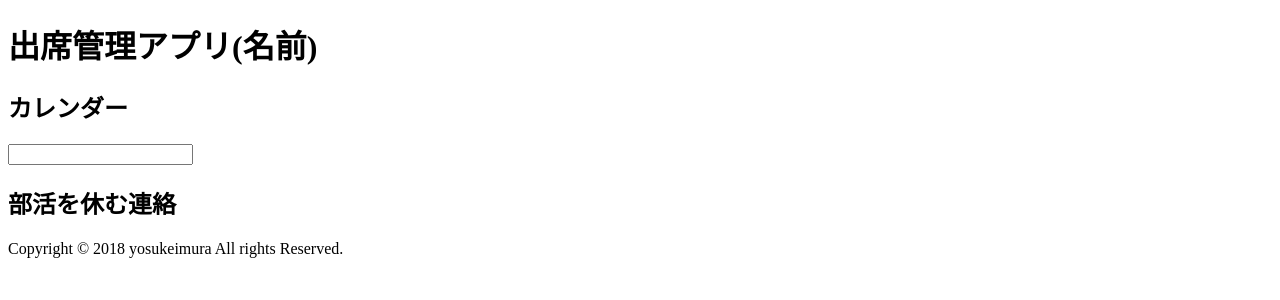
Repository: yousukeimura/attend_app
Page: absent/index.html
The author's editor kept a record of every edit. The page is drawn from the files as they stood at one moment, then again after the next edit.
The browser window is 1280 px wide. The pictures show the whole page.

Above is the page before.

### absent/index.html
<!DOCTYPE html>
<html lang=ja>
  <head>
    <meta charset="utf-8">
  	<meta http-equiv="X-UA-Compatible" content="IE=edge">
  	<link rel="stylesheet" href="jquery.datetimepicker.css">
  	<script src="jquery.js"></script>
    <script src="jquery.datetimepicker.full.min.js"></script>
  	<meta name="viewport" content="width=device-width, initial-scale=1">
  	<title>出席管理アプリ</title>
  </head>
  <body>
    <h1>出席管理アプリ(名前)</h1>
    <h2>カレンダー</h2>
    <input type="text" id="datetimepicker"/>
    <h2>部活を休む連絡</h2>
    <footer class="footer">
    	 <div class="container">
    	   <p class="text-muted text-center">Copyright © 2018 yosukeimura All rights Reserved.</p>
    	  </div>
    	</footer>

  <script>
    $('#datetimepicker').datetimepicker();
  </script>
  </body>
</html>

Loaded but not shown: absent/jquery.datetimepicker.css (library); absent/jquery.js (library); absent/jquery.datetimepicker.full.min.js (library)

After the next edit:
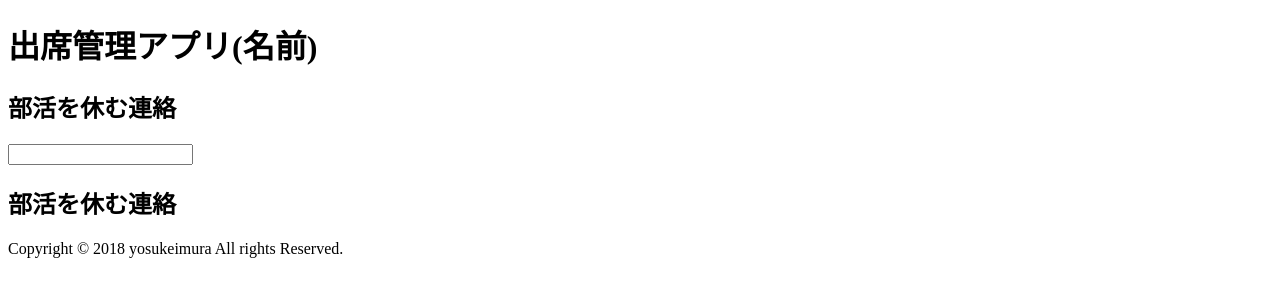
The edit:
--- a/absent/index.html
+++ b/absent/index.html
@@ -11,7 +11,7 @@
   </head>
   <body>
     <h1>出席管理アプリ(名前)</h1>
-    <h2>カレンダー</h2>
+    <h2>部活を休む連絡</h2>
     <input type="text" id="datetimepicker"/>
     <h2>部活を休む連絡</h2>
     <footer class="footer">
